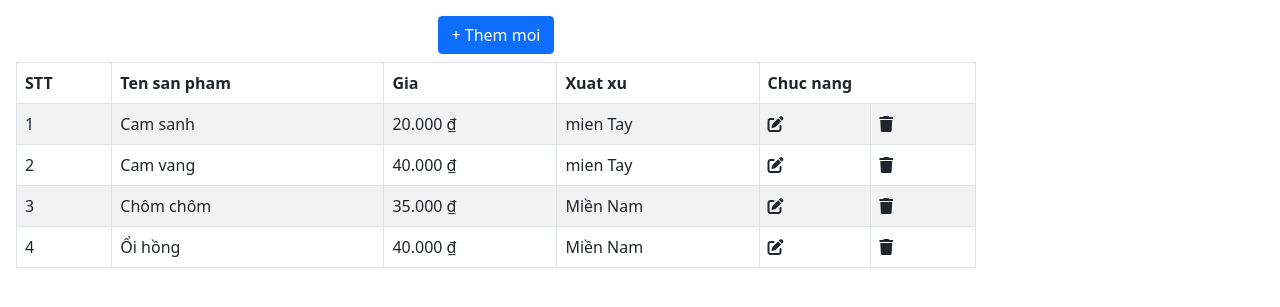
Repository: TinhTT336/MD02_Session12
Page: / (app in client/)
The author's editor kept a copy of each file at every save. The page is drawn from the files as they stood at one save, then again after the next save.
The browser window is 1280 px wide. The pictures show the whole page.
The project was rebuilt for these pictures with package versions that can differ from the ones it lists, and the page was loaded fresh each time. Requests to the local data server were answered from the project's data file. Also part of the build but not shown: client/vite.config.js, client/src/App.css, client/src/components/admin/manager-product/product.css, client/src/components/admin/manager-product/FormAdd.jsx, client/src/components/admin/manager-product/FormEdit.jsx, client/src/index.css.

Above is the page before, as saved 2023-09-11 16:10:59.

After the next save:
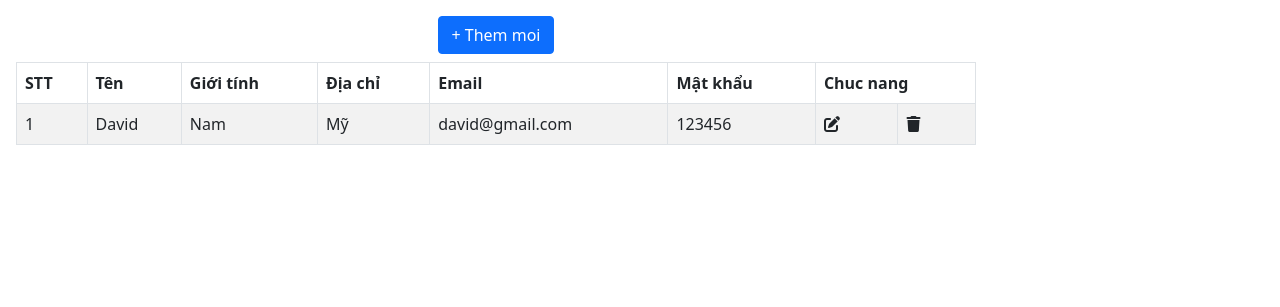
Saved 22 s later.
--- a/client/src/App.jsx
+++ b/client/src/App.jsx
@@ -3,13 +3,15 @@ import reactLogo from './assets/react.svg'
 import viteLogo from '/vite.svg'
 import './App.css'
 import ListProduct from './pages/product/ListProduct'
+import ListUser from './pages/admin/ListUser'
 
 function App() {
   const [count, setCount] = useState(0)
 
   return (
     <>
-      <ListProduct />
+      {/* <ListProduct /> */}
+      <ListUser />
     </>
   )
 }
